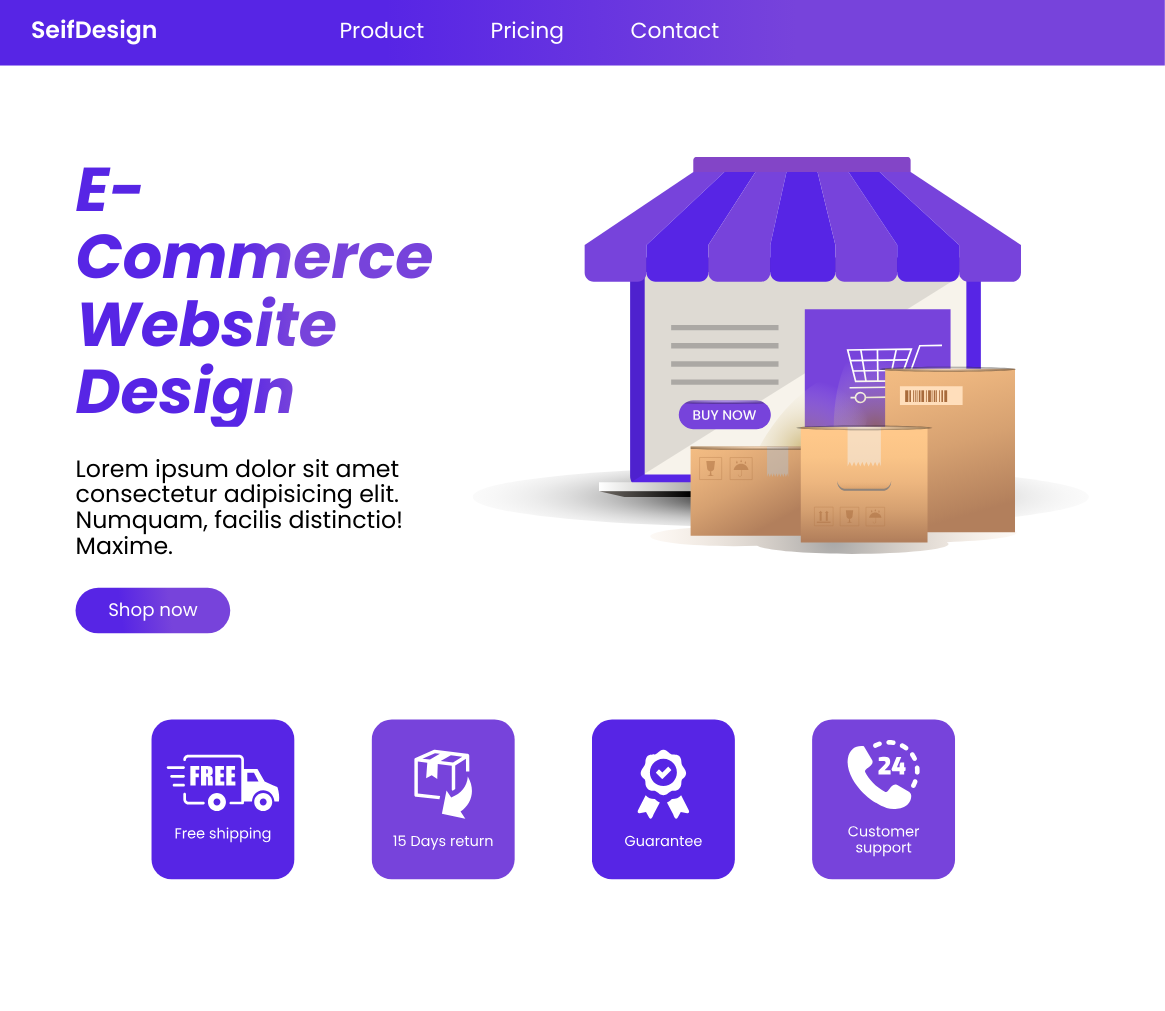
Repository: NatiqSamiyev/commers-desing-JS
Page: index.html
An editor plug-in stored every save of this project. The page is shown before and after a run of saves, followed by the edit.
The browser window is 1280 px wide. The pictures show the whole page, at 91% of full size.
Some web fonts or font styles are not loaded; a fallback is used.

Above is the page before, as saved 2023-11-06 11:55:32.

After the next 3 saves:
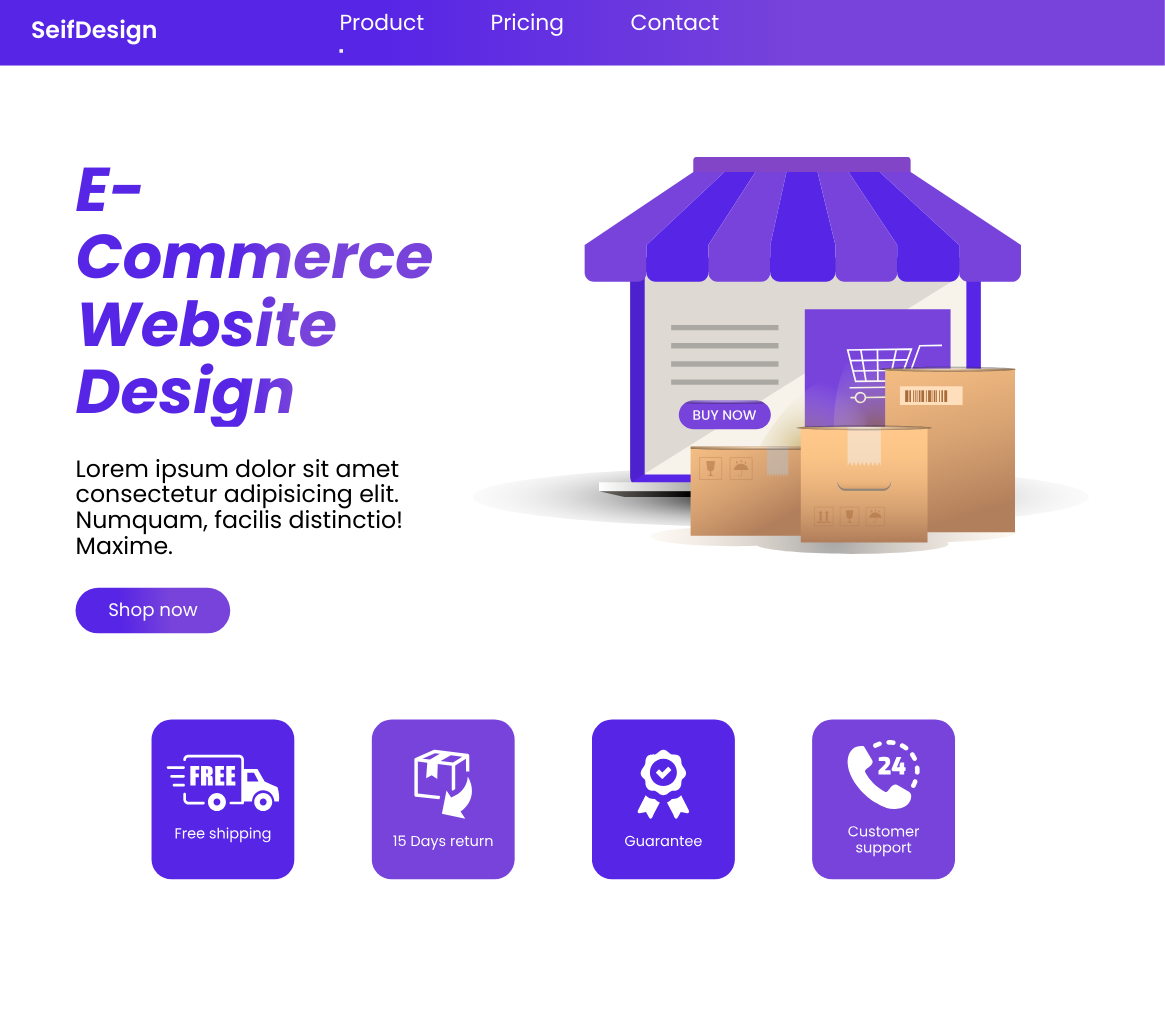
The 3 saves are shown as one change because they came seconds apart.
The last was saved 9 s later.
--- a/index.html
+++ b/index.html
@@ -23,7 +23,9 @@
               <a href="#">Contact</a>
             </li>
           </ul>
+          <button>
 
+          </button>
         </nav>
 
 
